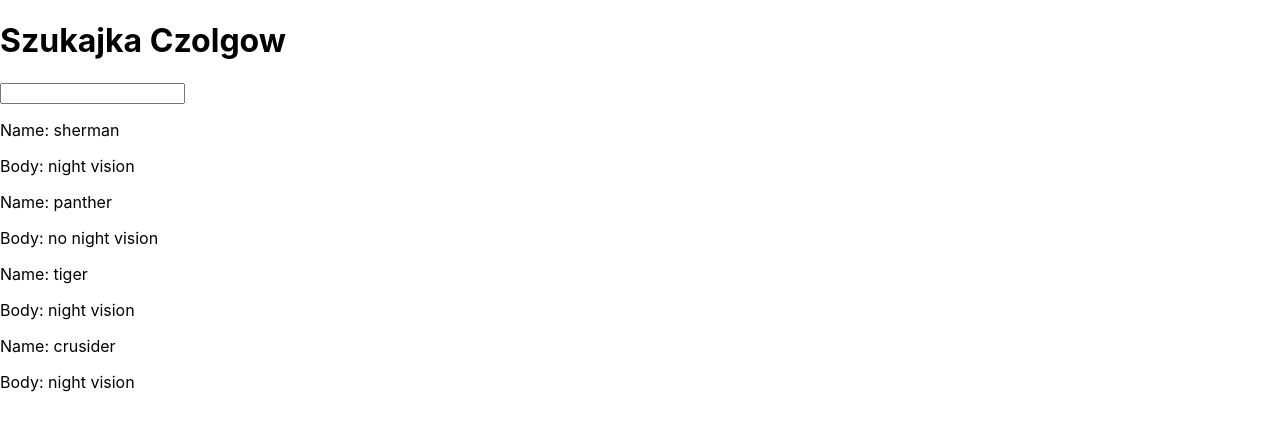
Repository: Carboplatin/TankBrowser
Page: /
An editor plug-in stored every save of this project. The page is shown before and after a run of saves, followed by the edit.
The browser window is 1280 px wide. The pictures show the whole page.
The project was rebuilt for these pictures with package versions that can differ from the ones it lists, and the page was loaded fresh each time.

Above is the page before, as saved 2019-09-17 18:57:37.

### src/App.js
import React, { Component } from 'react';
import Tank from './tank';
import SearchBox from './searchBox';
import TankList from './tankList';


class App extends Component {

  state = {
    tanks: [
      {id: '1', name: 'sherman', body: 'night vision' },
      {id: '2', name: 'panther', body: 'no night vision' },
      {id: '3', name: 'tiger', body: 'night vision' },
      {id: '4', name: 'crusider', body: 'night vision' }
    ],
    searchTank: ''
  }


  inputHandler = (e) => {
    console.log(e.target.value);
    this.setState({searchTank: e.target.value})
  }

  render ( ) {
    let filteredTanks = this.state.tanks.filter((tank)=>{
      return tank.body.toLowerCase().includes(this.state.searchTank.toLowerCase())
    })

    return (
      <div className="container">
        <h1>Szukajka Czolgow</h1>
          <SearchBox inputHandler={this.inputHandler}/>
          <TankList filteredTanks={filteredTanks}/>
      </div>

    )
  }
}


export default App;

### src/tank.js
import React, { Component } from 'react';



class Tank extends Component {

  render() {
    return(
      <div>
        <p>Name: {this.props.name} </p>
        <p>Body: {this.props.body} </p>
      </div>
    )
  }








}

export default Tank;

### src/searchBox.js
import React from 'react';

const searchBox = (props) => {
  return (
    <div>
      <input onChange={props.inputHandler} type="text"/>
    </div>
  )
}

export default searchBox;

### src/tankList.js
import React, { Component } from 'react';
import Tank from './tank';

const TankList = (props)=> {
  let tanks = props.filteredTanks.map((tank)=>{
    return <Tank name={tank.name} body={tank.body}/>
  })
  return (
    <div>
        {tanks}


    </div>
  )
}

export default TankList;

Loaded but not shown: public/index.html (common file); src/index.js (common file); src/index.css (common file); src/serviceWorker.js (common file)

After the next 2 saves:
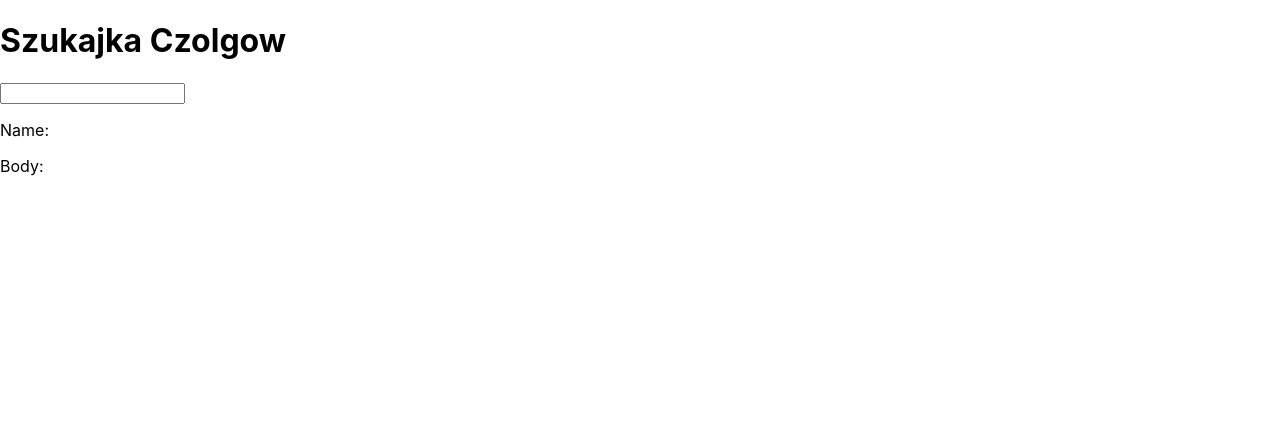
The 2 saves are shown as one change because 1 did not build or start.
The last was saved 59 s later.
--- a/src/tankList.js
+++ b/src/tankList.js
@@ -7,7 +7,7 @@ const TankList = (props)=> {
   })
   return (
     <div>
-        {tanks}
+       <Tank tanks={tanks} />
 
 
     </div>
